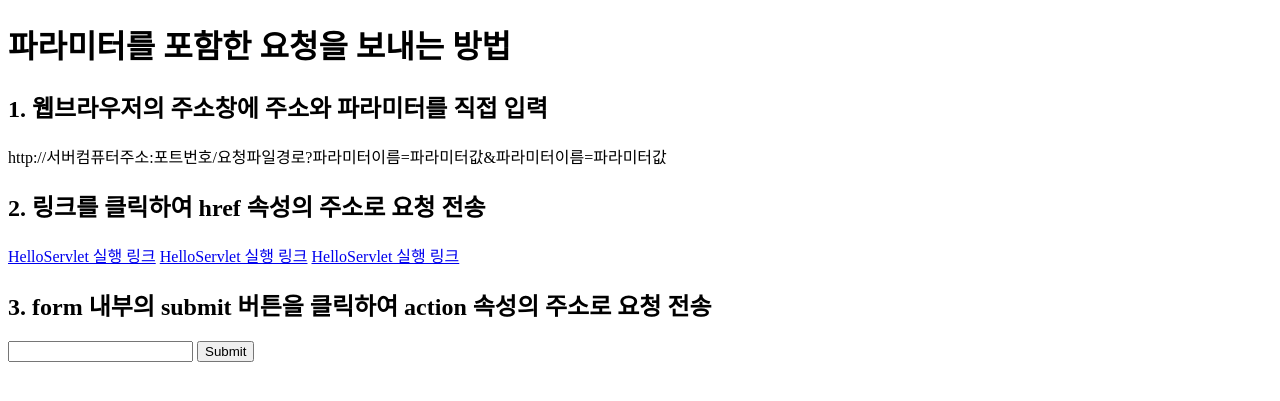
Repository: gywjd848/jeongblog
Page: workspace/exweb/WebContent/param.html
An editor plug-in stored every save of this project. The page is shown before and after the next save, followed by the edit.
The browser window is 1280 px wide. The pictures show the whole page.

Above is the page before, as saved 2020-05-15 02:08:01.

### workspace/exweb/WebContent/param.html
<!DOCTYPE html>
<html>
<head>
<meta charset="UTF-8">
<title>파라미터 테스트</title>
</head>
<body>
	<h1>파라미터를 포함한 요청을 보내는 방법</h1>
	<h2>1. 웹브라우저의 주소창에 주소와 파라미터를 직접 입력</h2>
	<div>http://서버컴퓨터주소:포트번호/요청파일경로?파라미터이름=파라미터값&파라미터이름=파라미터값</div>
	<h2>2. 링크를 클릭하여 href 속성의 주소로 요청 전송</h2>
	<div>
		<a href="http://localhost:8000/exweb/hello.do?a=hello&b=포로리">HelloServlet 실행 링크</a>
		<a href="/exweb/hello.do?a=hello&b=포로리">HelloServlet 실행 링크</a>
		<a href="hello.do?a=hello&b=포로리">HelloServlet 실행 링크</a>
	</div>
	<h2>3. form 내부의 submit 버튼을 클릭하여 action 속성의 주소로 요청 전송</h2>
	<form action="http://localhost:8000/exweb/hello.do">
		<input type="text"/>
		<input type="submit" />
	</form>
</body>
</html>

After the next save:
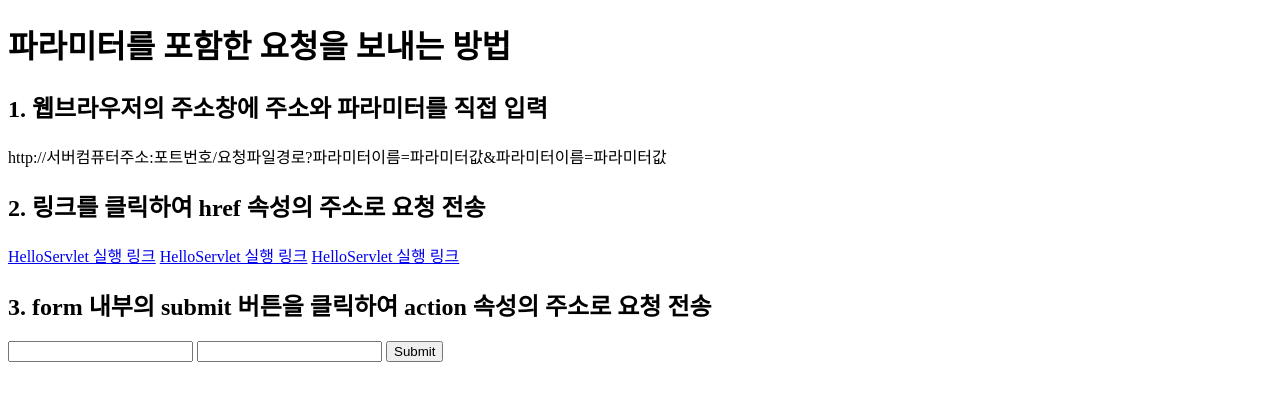
Saved 101 s later.
--- a/workspace/exweb/WebContent/param.html
+++ b/workspace/exweb/WebContent/param.html
@@ -16,7 +16,8 @@
 	</div>
 	<h2>3. form 내부의 submit 버튼을 클릭하여 action 속성의 주소로 요청 전송</h2>
 	<form action="http://localhost:8000/exweb/hello.do">
-		<input type="text"/>
+		<input type="text" name="a"/>
+		<input type="text" name="b"/>
 		<input type="submit" />
 	</form>
 </body>
